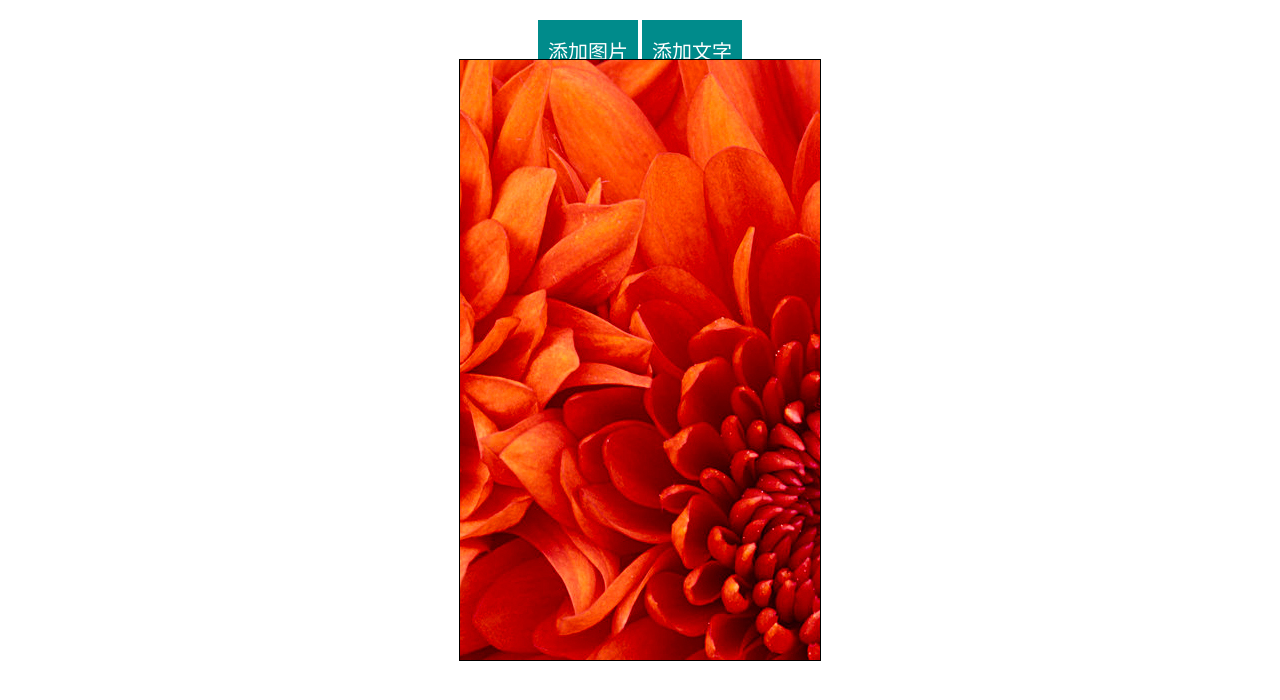
Repository: Xekin-FE/canvas-image-editor
Page: index.html
An editor plug-in stored every save of this project. The page is shown before and after the next save, followed by the edit.
The browser window is 1280 px wide. The pictures show the whole page.
After loading, the first visible `button` was clicked once.

Above is the page before, as saved 2018-12-14 15:32:16.

After the next save:
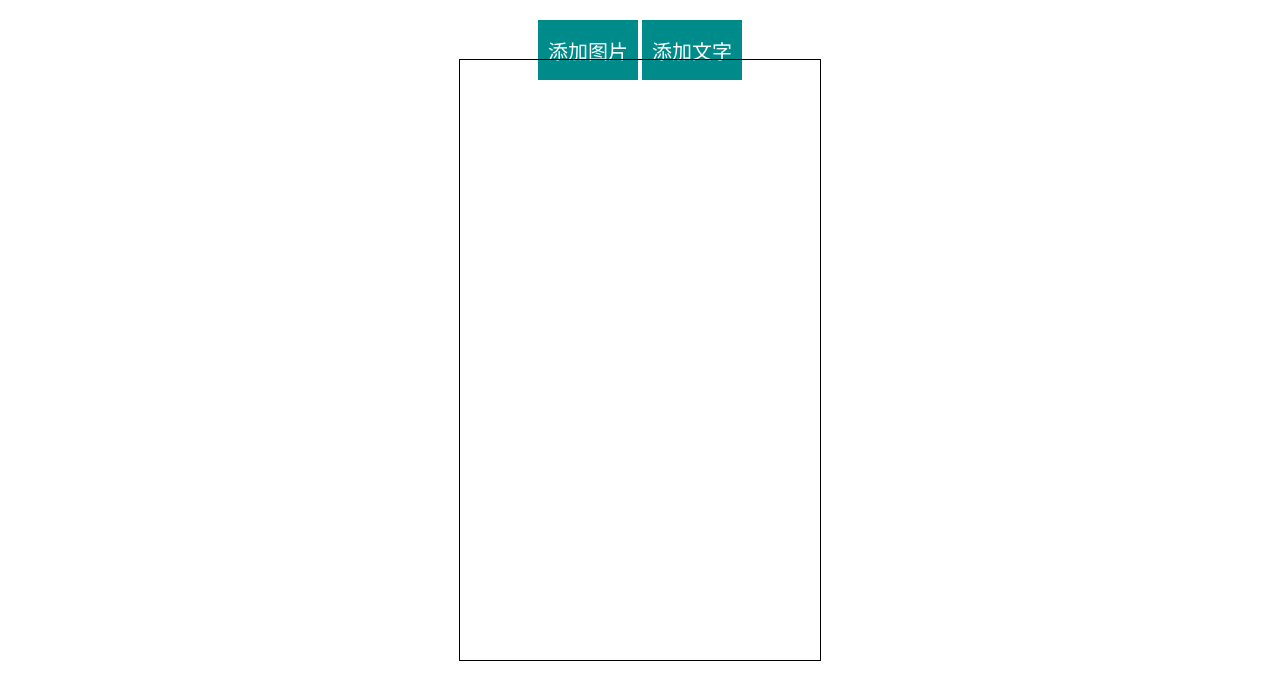
Console error: SyntaxError: Invalid left-hand side in assignment
Saved 2 min 26 s later.
--- a/index.html
+++ b/index.html
@@ -22,9 +22,7 @@
         const addImage = () => {
             let img = new Image()
             img.src = './static/image/test1.jpg'
-            img.width = can.width;
-            alert(img.width)
-            alert(can.width)
+            img.max-width = can.width;
             img.onload = () => {
                 ctx.drawImage(img, 0, 0)
                 ctx.save();

After the save that followed:
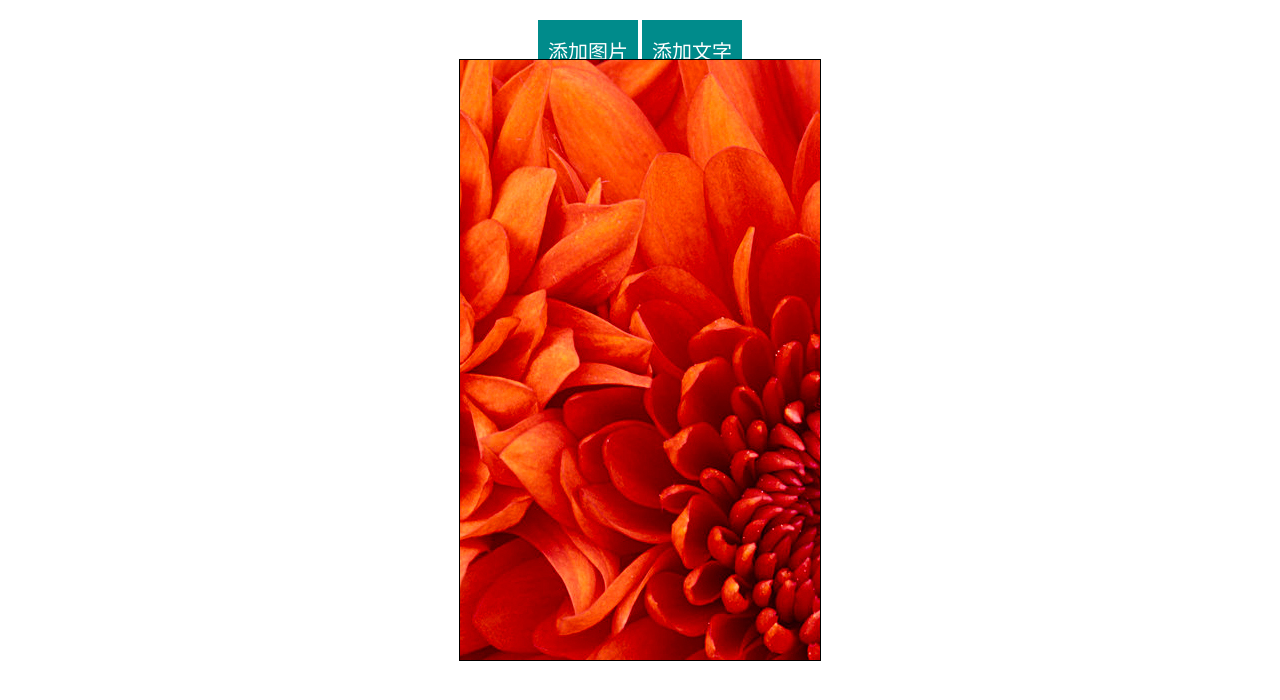
The error is gone.
Saved 4 s later.
--- a/index.html
+++ b/index.html
@@ -22,7 +22,7 @@
         const addImage = () => {
             let img = new Image()
             img.src = './static/image/test1.jpg'
-            img.max-width = can.width;
+            img.maxWidth = can.width;
             img.onload = () => {
                 ctx.drawImage(img, 0, 0)
                 ctx.save();
